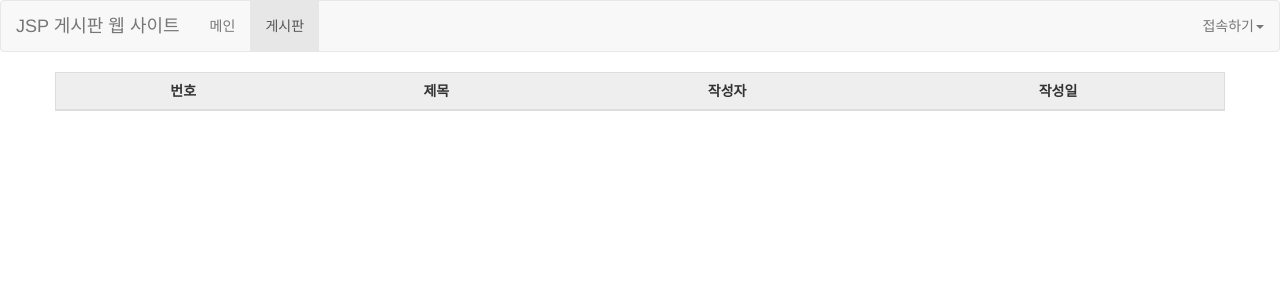
Repository: jsj961/bulletin-board-system
Page: http://localhost/BBS/main.jsp
The author's editor kept a copy of each file at every save. The page is drawn from the files as they stood at one save, then again after the next save.
The browser window is 1280 px wide. The pictures show the whole page.
Some web libraries are served in a nearby version. The page is served by Tomcat 9. Other server files are loaded and not shown.

Above is the page before, as saved 2021-06-30 10:50:47.

### BBS/src/main/webapp/main.jsp
<%@ page language="java" contentType="text/html; charset=UTF-8"
    pageEncoding="UTF-8"%>
<%@ page import="java.io.PrintWriter" %>
<!DOCTYPE html>
<html>
<head>
<meta charset="UTF-8">
<meta name="viewport" content="width=device-width", initial-scale="1">
<link rel="stylesheet" href="css/bootstrap.css">
<title>JSP 게시판 웹 사이트</title>
</head>
<body>
	<%
		String userID = null;
		if(session.getAttribute("userID") != null) {
			userID = (String) session.getAttribute("userID");
		}
	%>
	<nav class="navbar navbar-default">
		<div class="navbar-header">
			<button type="button" class="navbar-toggle collasped"
				data-toggle="collapse" data-target="#bs-example-navbar-collaspe-1"
				aria-expanded="false">
				<span class="icon-bar"></span>
				<span class="icon-bar"></span>
				<span class="icon-bar"></span>
			</button>
			<a class="navbar-brand" href="main.jsp">JSP 게시판 웹 사이트</a>
		</div>
		<div class="collapse navbar-collapse" id="bs-example-navbar-collapse-1">
			<ul class="nav navbar-nav">
				<li><a href="main.jsp">메인</a></li>
				<li class="active"><a href="bbs.jsp">게시판</a></li>
			</ul>
			<%
				if(userID == null) {
			%>
			<ul class="nav navbar-nav navbar-right">
				<li class="dropdown">
					<a href="#" class="dropdown-toggle"
					 	data-toggle="dropdown" role="button" aria-haspopup="true"
					 	aria-expanded="false">접속하기<span class="caret"></span></a>
				 	<ul class="dropdown-menu">
				 		<li><a href="login.jsp">로그인</a></li>
				 		<li><a href="join.jsp">회원가입</a></li>
				 	</ul>
				</li>
			</ul>
			<%
				} else {
			%>
			<ul class="nav navbar-nav navbar-right">
				<li class="dropdown">
					<a href="#" class="dropdown-toggle"
					 	data-toggle="dropdown" role="button" aria-haspopup="true"
					 	aria-expanded="false">회원관리<span class="caret"></span></a>
				 	<ul class="dropdown-menu">
				 		<li><a href="logoutAction.jsp">로그아웃</a></li>
				 	</ul>
				</li>
			</ul>
			<%
				}
			%>
		</div>
	</nav>
	<div class="container">
		<div class="row">
			<table class="table table-striped" style="text-align: center; border: 1px solid #dddddd">
				<thead>
					<tr>
						<th style="background-color: #eeeeee; text-align: center;">번호</th>
						<th style="background-color: #eeeeee; text-align: center;">제목</th>
						<th style="background-color: #eeeeee; text-align: center;">작성자</th>
						<th style="background-color: #eeeeee; text-align: center;">작성일</th>
					</tr>
				</thead>
			</table>
		</div>
	</div>
	<script src="https://ajax.googleapis.com/ajax/libs/jquery/3.2.1/jquery.min.js"></script>
	<script src="js/bootstrap.js"></script>

</body>
</html>

Loaded but not shown: BBS/src/main/webapp/css/bootstrap.css (library); BBS/src/main/webapp/js/bootstrap.js (library)

After the next save:
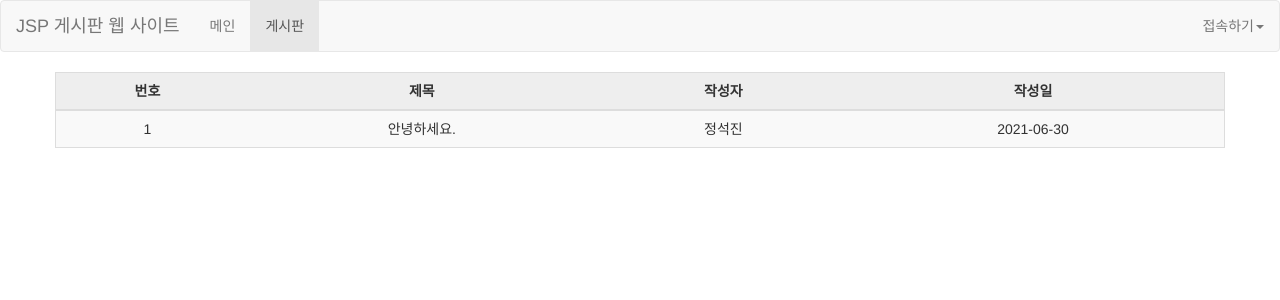
Saved 54 s later.
--- a/BBS/src/main/webapp/main.jsp
+++ b/BBS/src/main/webapp/main.jsp
@@ -75,6 +75,14 @@
 						<th style="background-color: #eeeeee; text-align: center;">작성일</th>
 					</tr>
 				</thead>
+				<tbody>
+					<tr>
+						<td>1</td>
+						<td>안녕하세요.</td>
+						<td>정석진</td>
+						<td>2021-06-30</td>
+					</tr>
+				</tbody>
 			</table>
 		</div>
 	</div>
